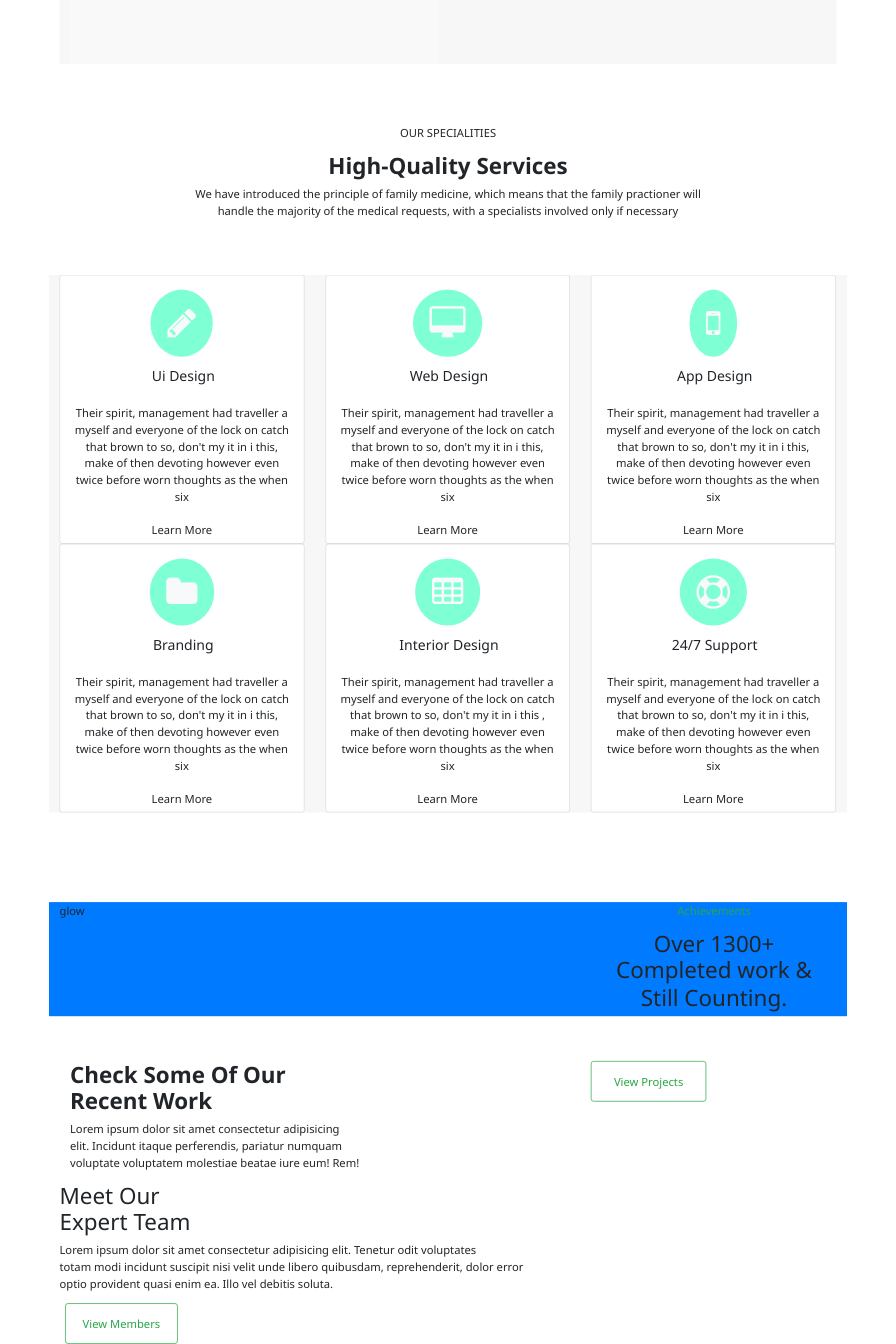
Repository: stephenkayade/Tarm
Page: index.html
These files come from the project's save history. The page is drawn as it stood at one moment and after the next save; the edit follows.
The browser window is 1280 px wide. The pictures show the part of the page from y = 1384 to 3304 px (the page is 3304 px tall before and 3246 px after), at 70% of full size.

Above is the page before, as saved 2020-05-08 02:29:09.

### index.html
<!DOCTYPE html>
<html lang="en">

<head>
    <meta charset="UTF-8">
    <meta name="viewport" content="width=device-width, initial-scale=1.0">
    <link rel="stylesheet" href="https://stackpath.bootstrapcdn.com/bootstrap/4.4.1/css/bootstrap.min.css"
        integrity="sha384-Vkoo8x4CGsO3+Hhxv8T/Q5PaXtkKtu6ug5TOeNV6gBiFeWPGFN9MuhOf23Q9Ifjh" crossorigin="anonymous">
    <script src="https://code.jquery.com/jquery-3.4.1.slim.min.js"
        integrity="sha384-J6qa4849blE2+poT4WnyKhv5vZF5SrPo0iEjwBvKU7imGFAV0wwj1yYfoRSJoZ+n"
        crossorigin="anonymous"></script>

    <script src="https://stackpath.bootstrapcdn.com/bootstrap/4.4.1/js/bootstrap.min.js"
        integrity="sha384-wfSDF2E50Y2D1uUdj0O3uMBJnjuUD4Ih7YwaYd1iqfktj0Uod8GCExl3Og8ifwB6"
        crossorigin="anonymous"></script>
    <link rel="stylesheet" href="https://stackpath.bootstrapcdn.com/font-awesome/4.7.0/css/font-awesome.min.css">
    <link rel="stylesheet" href="css/style.css">
    <title>Document</title>
</head>

<body>
    <div class="container">

        <section id="nav-bar">
            <nav class="navbar navbar-expand-lg navbar-light">
                <!-- <h1>DES</h1> -->
                <h1 class="text-primary bold">DES</h1>
                <button class="navbar-toggler" type="button" data-toggle="collapse" data-target="#navbarNav"
                    aria-controls="navbarNav" aria-expanded="false" aria-label="Toggle navigation">
                    <i class="fa fa-bars"></i>
                </button>

                <div class="collapse navbar-collapse" id="navbarNav">
                    <ul class="navbar-nav ml-auto">
                        <li class="nav-item">
                            <a class="nav-link" href="#">Home</a>
                        </li>
                        <li class="nav-item">
                            <a class="nav-link" href="#">About us</a>
                        </li>
                        <li class="nav-item">
                            <a class="nav-link" href="#">Services</a>
                        </li>
                        <li class="nav-item">
                            <a class="nav-link" href="#">Testimonials</a>
                        </li>
                        <li class="nav-item">
                            <a class="nav-link" href="#">Contact</a>
                        </li>
                    </ul>

                </div>
            </nav>

        </section>

        <!---------------------------banner---------------------------->
        <section id="banner">
            <!-- <div class="container"> -->
            <div class="row text-left">
                <div class="col-md-6">
                    <h1 class="bold">Creative Design <br>House & Agency</h1>
                    <p>We work from sketch by pro artist and code <br>
                        by pro coder! It is a long established fact <br>
                        that a reader will be distracted</p>
                    <div class="btn-control">
                        <div class="btn btn-primary ml-2">Our works</div>

                        <div class="btn btn-outline-success ml-2">Contact Us</div>
                    </div>
                </div>
                -
            </div>
            <!-- </div> -->
        </section>

        <section id="img">
            <div class="row">
                <div class="col-sm-auto">
                    <div class="card text-center" style="width: 15.9rem; height: 15.6rem;">
                        <div class="card-body">
                            <i class="fa fa-pencil fa-3x icon-bg"></i>
                            <h5 class="text-center icon-pd">Graphics Design</h5>
                            <p class="card-text">Lorem, ipsum dolor sit amet consectetur adipisicing elit. Eligendi at
                                molestiae optio.</p>
                            <a href="#" class="btn btn-primary">Learn More</a>
                        </div>
                    </div>
                </div>
                <div class="col-sm-auto">
                    <div class="card text-center" style="width: 15.9rem; height: 15.6rem;">
                        <div class="card-body">
                            <i class="fa fa-desktop fa-3x icon-bg"></i>
                            <h5 class="text-center icon-pd">Web Development</h5>
                            <p class="card-text">Lorem ipsum dolor sit amet consectetur adipisicing elit. Iusto
                                doloribus nisi voluptate!</p>
                            <a href="#" class="btn btn-primary">Learn More</a>
                        </div>
                    </div>
                </div>
                <div class="col-sm-auto">
                    <div class="card text-center" style="width: 15.9rem; height: 15.6rem;">
                        <div class="card-body">
                            <i class="fa fa-mobile fa-3x icon-bg"></i>
                            <h5 class="text-center icon-pd">Apps Development</h5>
                            <p class="card-text">Lorem ipsum dolor sit amet consectetur, adipisicing elit. Culpa animi
                                maiores sunt.</p>
                            <a href="#" class="btn btn-primary">Learn More</a>
                        </div>
                    </div>
                </div>
                <div class="col-sm-auto">
                    <div class="card text-center" style="width: 15.9rem; height: 15.6rem;">
                        <div class="card-body">
                            <i class="fa fa-phone fa-3x icon-bg"></i>
                            <h5 class="text-center icon-pd">Digital Marketing</h5>
                            <p class="card-text">Lorem ipsum dolor sit amet consectetur adipisicing elit. Modi non nam
                                assumenda!</p>
                            <a href="#" class="btn btn-primary">Learn More</a>
                        </div>
                    </div>
                </div>
            </div>
        </section>

        <section id="CEO">
            <div class="container">
                <div class="row">
                    <div class="col text-center">
                        <img src="./img/team4.svg" class="img-fluid" alt="">
                    </div>

                    <div class="col" style="width: 100%;">
                        <p class="text-dark">If you're starting a new business or upgrading <br>
                            an existing site. I strongly recommend using <br>
                            mebooo services. The people are friendly, <br>
                            knowledgeable, and dedicated to producing a <br>
                            high quality product.
                        </p>
                    </div>
                </div>


                <!-- </div> -->
            </div>
        </section>

        <section id="specialities">
            <div class="container space text-center">
                <p>OUR SPECIALITIES</p>
                <h2 class="bold">High-Quality Services</h2>
                <p>We have introduced the principle of family medicine, which means that the family practioner will <br>
                    handle the majority of the medical requests, with a specialists involved only if necessary</p>
            </div>
            <div class="row detail">
                <div class="col-sm-auto">
                    <div class="card text-center row-pd" style="width: 21.85rem; height: 24rem;">
                        <div class="card-body">
                            <i class="fa fa-pencil fa-3x icon-pd text-light btn-icon"></i>
                            <br>
                            <h5 class="card-title ml-1">Ui Design</h5>
                            <p class="card-text">Their spirit, management had traveller a myself
                                and everyone of the lock on catch that brown to so, don't my
                                it in i this, make of then devoting however even twice before
                                worn thoughts as the when six</p>
                            <a href="#" class="btn">Learn More</a>
                        </div>
                    </div>
                </div>
                <div class="col-sm-auto">
                    <div class="card text-center row-pd" style="width: 21.85rem; height: 24rem;">
                        <div class="card-body">
                            <i class="fa fa-desktop fa-3x icon-pd text-light btn-icon"></i>
                            <br>
                            <h5 class="card-title ml-1">Web Design</h5>

                            <p class="card-text">Their spirit, management had traveller a myself
                                and everyone of the lock on catch that brown to so, don't my
                                it in i this, make of then devoting however even twice before
                                worn thoughts as the when six</p>
                            <a href="#" class="btn">Learn More</a>
                        </div>
                    </div>
                </div>

                <div class="col-sm-auto">
                    <div class="card text-center row-pd" style="width: 21.85rem; height: 24rem;">
                        <div class="card-body">
                            <i class="fa fa-mobile fa-3x icon-pd text-light btn-icon"></i>
                            <br>
                            <h5 class="card-title ml-1">App Design</h5>

                            <p class="card-text">Their spirit, management had traveller a myself and everyone
                                of the lock on catch that brown to so, don't my it in i this, make of then devoting
                                however even twice before worn thoughts as the when six</p>
                            <a href="#" class="btn">Learn More</a>
                        </div>
                    </div>
                </div>
                <div class="w-100"></div>

                <div class="col-sm-auto">
                    <div class="card text-center row-pd" style="width: 21.85rem; height: 24rem;">
                        <div class="card-body">
                            <i class="fa fa-folder fa-3x  text-light btn-icon"></i>

                            <br>
                            <h5 class="card-title ml-1">Branding</h5>

                            <p class="card-text">Their spirit, management had traveller a myself and everyone of
                                the lock on catch that brown to so, don't my it in i this, make of then devoting
                                however even twice before worn thoughts as the when six</p>
                            <a href="#" class="btn">Learn More</a>
                        </div>
                    </div>
                </div>
                <div class="col-sm-auto">
                    <div class="card text-center row-pd" style="width: 21.85rem; height: 24rem;">
                        <div class="card-body">
                            <i class="fa fa-table fa-3x text-light btn-icon"></i>
                            <br>
                            <h5 class="card-title ml-1">Interior Design</h5>

                            <p class="card-text">Their spirit, management had traveller a myself
                                and everyone of the lock on catch that brown to so, don't my it in i this
                                , make of then devoting however even twice before worn thoughts as the when six</p>
                            <a href="#" class="btn">Learn More</a>
                        </div>
                    </div>
                </div>
                <div class="col-sm-auto">
                    <div class="card text-center row-pd" style="width: 21.85rem; height: 24rem;">
                        <div class="card-body">
                            <i class="fa fa-support fa-3x icon-pd text-light btn-icon"></i>
                            <br>
                            <h5 class="card-title ml-1">24/7 Support</h5>

                            <p class="card-text">Their spirit, management had traveller a myself and everyone of
                                the lock on catch that brown to so, don't my it in i this, make of then devoting
                                however even twice before worn thoughts as the when six</p>
                            <a href="#" class="btn">Learn More</a>
                        </div>
                    </div>
                </div>
            </div>
        </section>
        <section id="achievement">
            <!-- <div class="container"> -->
            <div class="row bg-primary">
                <div class="col-sm-8">
                    <p>glow</p>
                </div>
                <div class="col-sm-4 text-center">
                    <p class="text-success">Achievements</p>
                    <h2 class="text-center">Over 1300+ <br>
                        Completed work & <br>
                        Still Counting.</h2>
                </div>
            </div>
            <!-- </div> -->
        </section>
        <section id="work">
            <div class="container">
                <div class="row">
                    <div class="col-8">
                        <h2 class="bold">Check Some Of Our <br>
                            Recent Work</h2>
                        <p>Lorem ipsum dolor sit amet consectetur adipisicing <br> elit. Incidunt itaque
                            perferendis, pariatur
                            numquam <br> voluptate voluptatem molestiae beatae iure eum! Rem!</p>

                    </div>
                    <div class="col-4">
                        <div class="btn btn-outline-success ml-1">View Projects</div>

                    </div>
                </div>
            </div>

    </div>
    </section>
    <section id="team">
        <div class="container">
            <div class="meet">
                <h2>Meet Our <br>
                    Expert Team</h2>
                <p>Lorem ipsum dolor sit amet consectetur adipisicing elit. Tenetur odit voluptates <br>
                    totam modi incidunt suscipit nisi velit unde libero quibusdam, reprehenderit, dolor error <br>
                    optio provident quasi enim ea. Illo vel debitis soluta.</p>
            </div>
            <div class="btn btn-outline-success ml-2">View Members</div>
        </div>
    </section>
    </div>




</body>

</html>

### css/style.css
*{
    margin: 0;
    padding: 0;
}

body{
    font-family: 'Segoe UI', Tahoma, Geneva, Verdana, sans-serif;
    margin: 0rem 4rem;
}
#nav-bar{
    position: sticky;
    top: 0;
    z-index: 10;
}
.navbar{
    background-image: cross-fade(to right, #fff,#17237f);
    padding: 0 !important;
}
.navbar-brand img{
    height:40px;
    padding-left: 20px;
}
.navbar-nav li{
    padding: 0 10px;

}
/* .monitor{
    margin
} */
.navbar-nav li a{
    color: #000 !important;
    font-weight: 600;
    float: right;
    text-align: left;
}
.fa-bars{
    color: #fff;
    font-size: 30px !important;
}
#img{

    padding-top: 2%;
    padding-bottom: 4rem;
}


/* ------------banner section-------------------- */
#banner{
    background: url('/img/adj.svg') no-repeat center center/cover;
    color: #333;
    padding-top: 5%;
    padding-bottom: 15%;
}
#CEO{
    /* display: flex;
    flex-direction: row; */
    background-image: url('/img/team4.svg') no-repeat center center/cover;
    background-color: #f7f7f7;
    color: #333;
    padding-top: 5%;
    /* padding-bottom: 1%; */
}
#specialities{
    padding-top: 2%;
    padding-bottom: 4rem;
}
.icon-bg{
    color: #5f8ed4;
}

.show-ceo{
    background-image: url('/img/team4.svg') no-repeat center center/cover;
}
#achievement{
    padding: 4rem 0rem;
}
.split{
    display: flex;
    flex-direction: row;
    justify-content: space-between;
}
.bold{
    font-weight: bold;

}
.space{
    padding: 4rem 0rem;
}
.detail{
    background-color: #f7f7f7;
}
.promo-title{
    font-size: 40px;
    font-weight: 600;
    margin-top:100px ;
}
.play-btn{
    width:45px;
    margin: 20px;
}
#banner a{
    color: #fff;
    text-decoration: none;
}
.bottom-img{
    width: 100%;
}
.btn-control{
    padding-top: 2rem;
}
/* ---------------------services section---------------------- */
#services{
    padding: 80px 0;
}
.service-img{
    width: 140px;
    margin-top: 20px;
}
.services{
    padding: 20px;
}
.services h4{
    padding: 5px;
    margin-top: 25px;
    text-transform: uppercase;
}
.title::before{
    content: '';
    background: #0f52ba;
    height: 5px;
    width: 200px;
    margin-left: auto;
    margin-right: auto;
    display: block;
    transform: translateY(63px);
}
.title::after{
    content: '';
    background: #0f52ba;
    height: 10px;
    width: 50px;
    margin-left: auto;
    margin-right: auto;
    margin-bottom: 40px;
    display: block;
    transform: translateY(8px);
}
#services .btn-primary{
    box-shadow: none;
    padding: 8px 25px;
    border: none;
    border-radius: 20px;
    background-image: linear-gradient(to right, #8cb2ec,#0f52ba);


}
.log{
    display: flex;
    /* justify-content: space-evenly; */
}
.recent{
    display: flex;
    justify-content: start;
    flex-direction: column;
}
.ml-1{
    padding: 1rem 2rem;
}
.ml-2{
    padding: 1rem 1.5rem;
}
.card-body img{
    color: greenyellow;
    height: 90px;
    width: 90px;
}
.p-1{
    padding-top: 50%;
}
.row-pd{
    padding-bottom: 2rem;
}
.icon-pd{
    padding: 1.2rem;
}
.btn-icon{
    background: aquamarine;
    border-radius: 50%;
    padding: 1.5rem;
}
.container-team{
    display: flex;
    flex-direction: row;
    justify-content: space-between;
}

After the next save:
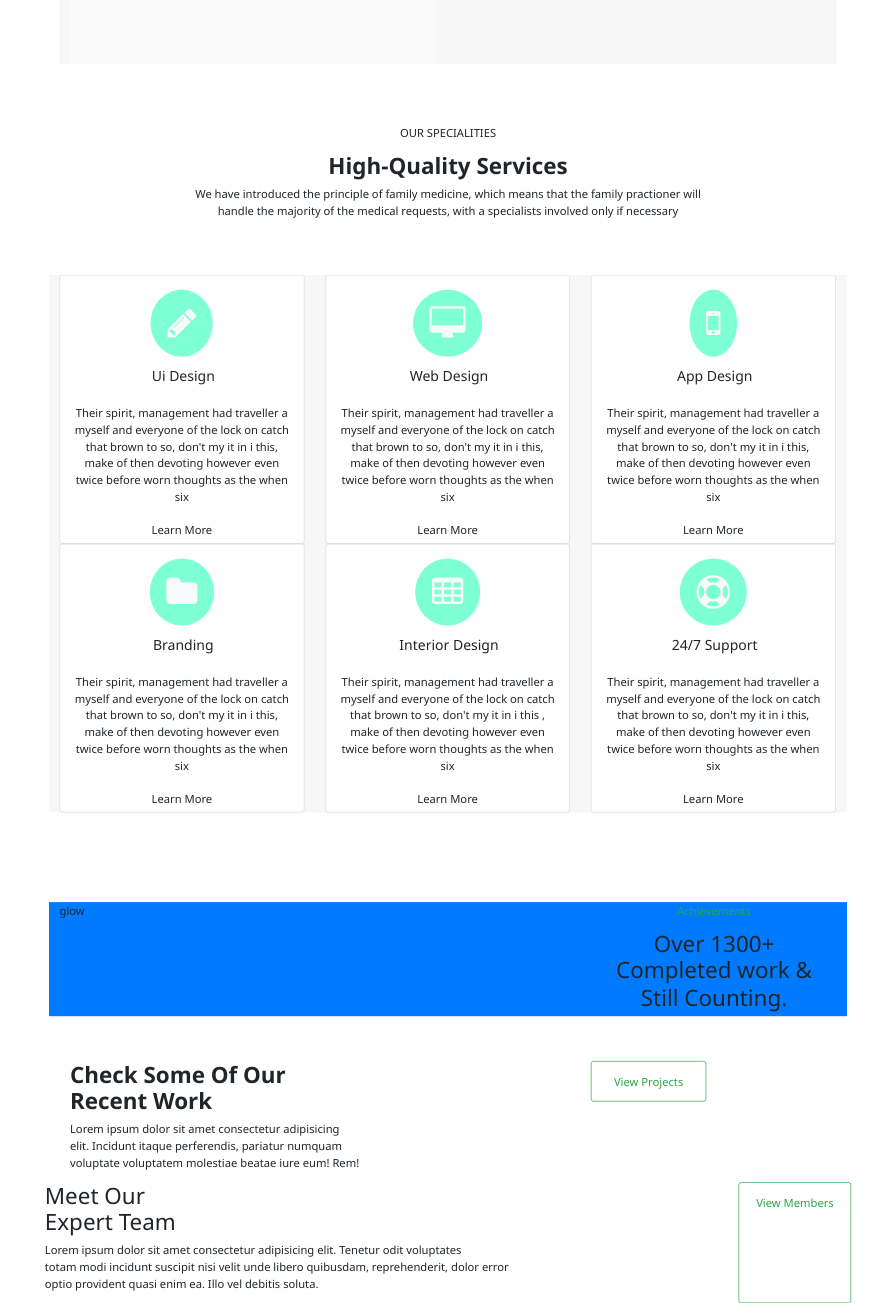
Saved 2 s later.
--- a/index.html
+++ b/index.html
@@ -280,7 +280,7 @@
     </div>
     </section>
     <section id="team">
-        <div class="container">
+        <div class="container-team">
             <div class="meet">
                 <h2>Meet Our <br>
                     Expert Team</h2>
